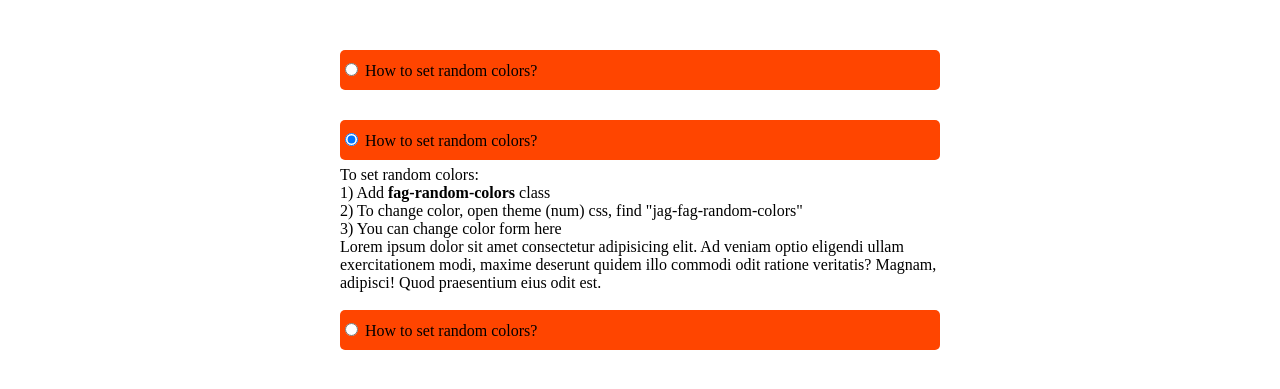
Repository: truongtn04/f8-fullstack-k5
Page: day05/ex02.html
The author's editor kept a copy of each file at every save. The page is drawn from the files as they stood at one save, then again after the next save.
The browser window is 1280 px wide. The pictures show the whole page.
After loading, the first visible `label.list-content2` was clicked once.

Above is the page before, as saved 2023-12-04 11:23:42.

After the next save:
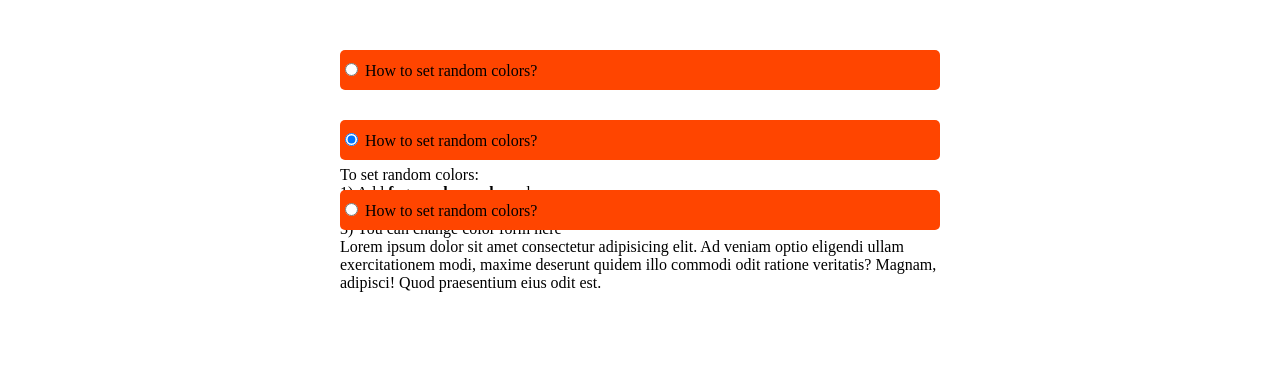
Saved 20 s later.
--- a/day05/ex02.html
+++ b/day05/ex02.html
@@ -56,7 +56,7 @@
         }
         function showText2(){
             list1.classList.remove('bonus');
-            list2.classList.add('bonus');
+            list2.classList.toggle('bonus');
             list3.classList.remove('bonus');
         }
         function showText3(){

After the save that followed:
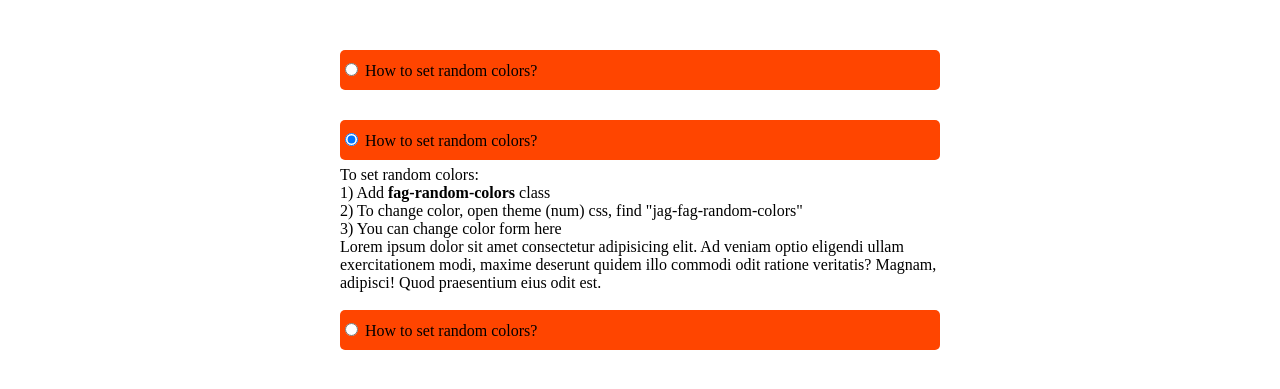
Saved 8 s later.
--- a/day05/ex02.html
+++ b/day05/ex02.html
@@ -56,7 +56,7 @@
         }
         function showText2(){
             list1.classList.remove('bonus');
-            list2.classList.toggle('bonus');
+            list2.classList.add('bonus');
             list3.classList.remove('bonus');
         }
         function showText3(){
